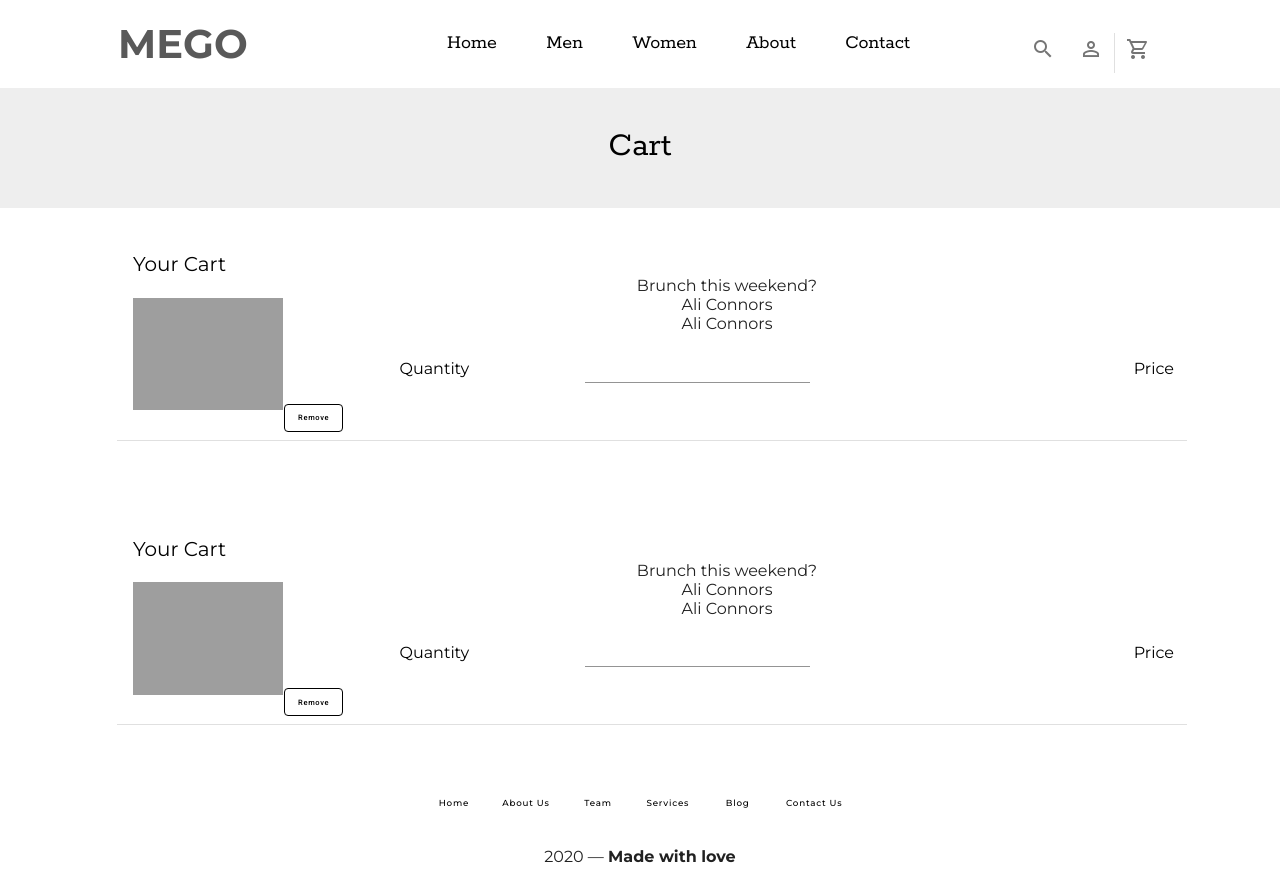
Repository: nguyenphuong152/mego-frontend
Page: /cart (app in frontend/)
An editor plug-in stored every save of this project. The page is shown before and after the next save, followed by the edit.
The browser window is 1280 px wide. The pictures show the whole page.
Pictures or frames that could not be fetched are drawn as grey boxes. The project was rebuilt for these pictures with package versions that can differ from the ones it lists, and the page was loaded fresh each time. Also part of the build but not shown: frontend/vue.config.js, frontend/src/components/Customer/Collection.vue, frontend/src/components/Customer/Banner.vue, frontend/src/components/Customer/BestSeller.vue, frontend/src/components/Customer/Partner.vue, frontend/src/views/Customer/Home.vue, frontend/src/components/Customer/ProductCategory.vue, frontend/src/components/Customer/ProductView.vue and 10 more. Imported but missing from the stored project, and not drawn on this page: frontend/src/views/Admin/Category.vue, frontend/src/views/Admin/ManageProduct.vue, frontend/src/views/Admin/ManageUser.vue, frontend/src/views/Admin/OrderList.vue.

Above is the page before, as saved 2020-11-26 17:03:41.

After the next save:
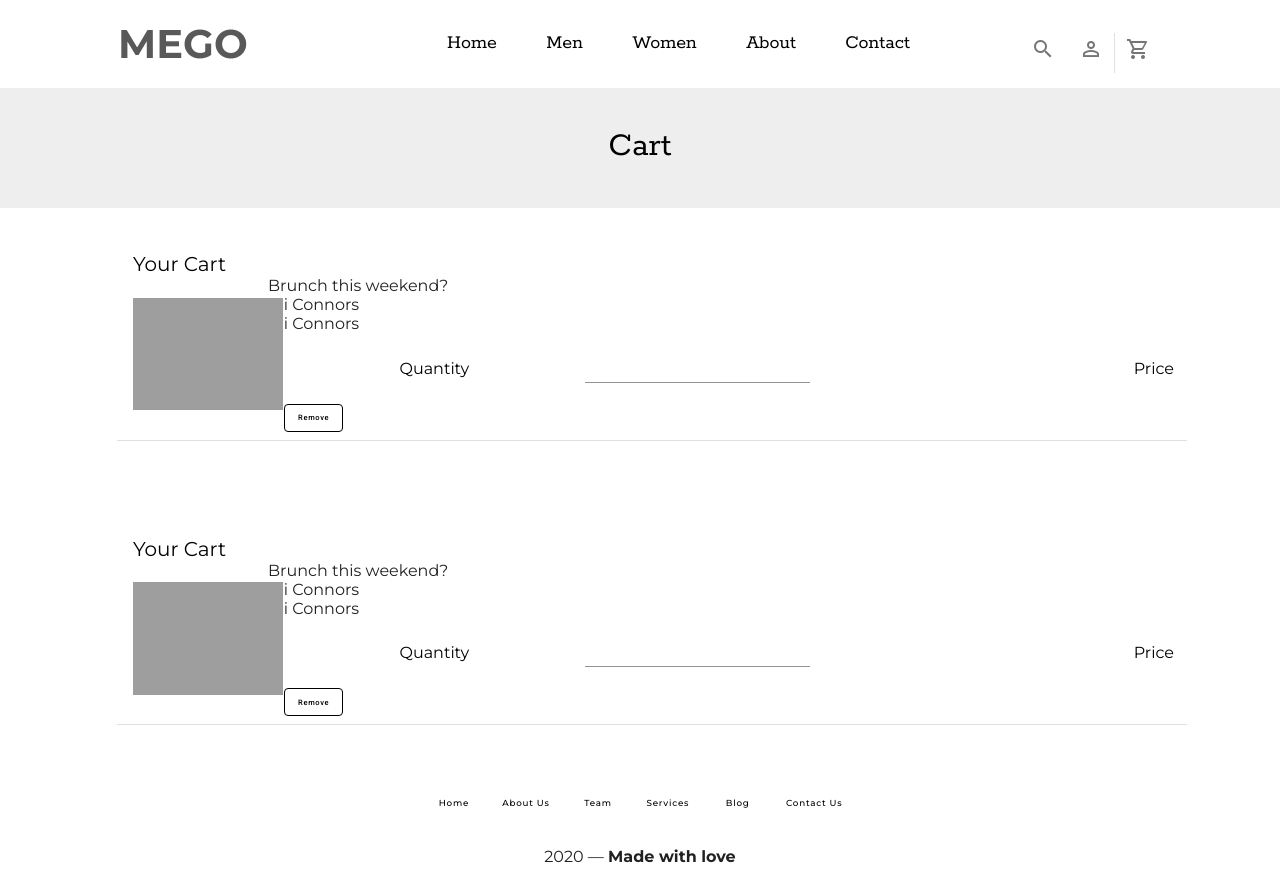
Saved 70 s later.
--- a/frontend/src/components/Customer/TotalProducts.vue
+++ b/frontend/src/components/Customer/TotalProducts.vue
@@ -14,7 +14,7 @@
         <v-list-item v-else :key="item.title">
           <v-img :src="item.avatar" max-height="150" max-width="150"></v-img>
           <v-container class="pa-0">
-           <v-row>
+           <v-row class="text-start">
               <v-list-item-title
               v-html="item.title"
               class="admin"
@@ -27,7 +27,7 @@
               class="admin"
               v-html="item.subtitle"
             ></v-list-item-subtitle>
-           </v-row>
+           </v-row >
             <v-row class="pl-4 d-flex align-center">
               <v-col class="pa-0 admin " cols="4">
                 <a>Quantity</a>
